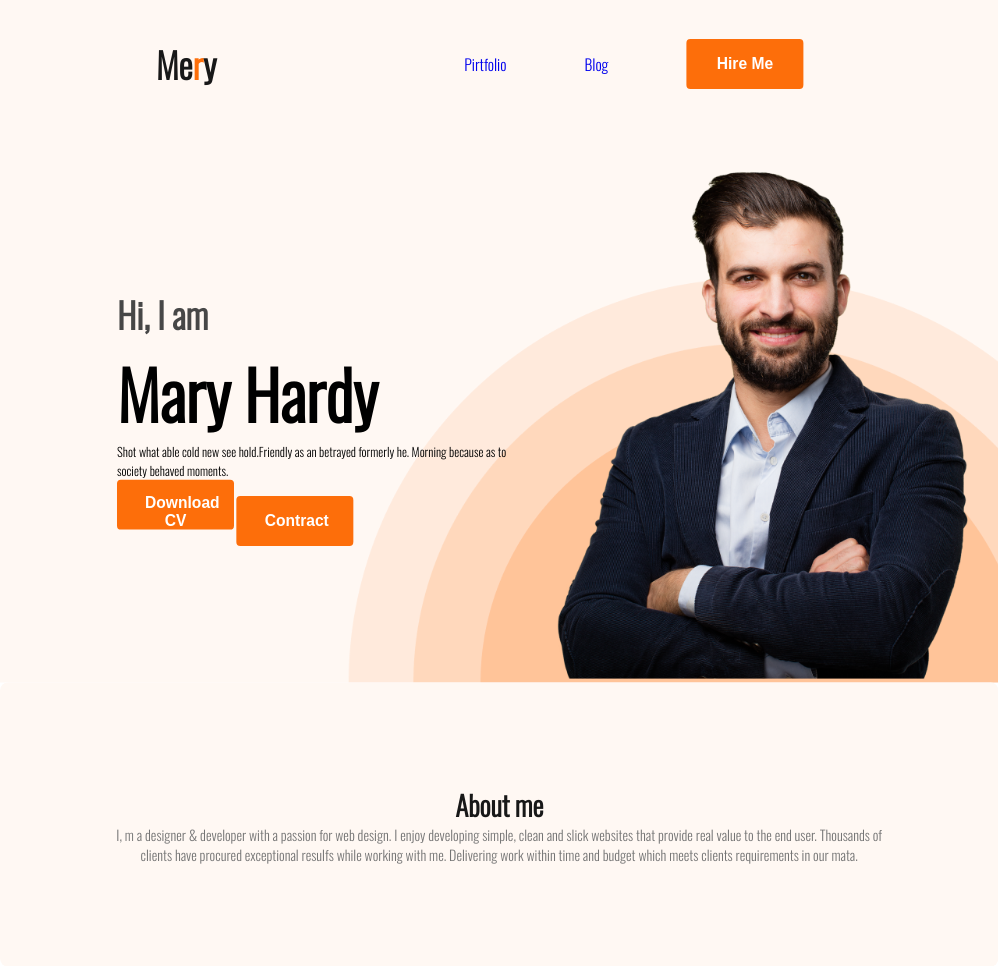
Repository: sumonkumarsarkar/my-website-personal
Page: index.html
The author's editor kept a copy of each file at every save. The page is drawn from the files as they stood at one save, then again after the next save.
The browser window is 1280 px wide. The pictures show the whole page, at 78% of full size.

Above is the page before, as saved 2024-01-06 11:02:31.

### index.html
<!DOCTYPE html>
<html lang="en">
<head>
    <meta charset="UTF-8">
    <meta name="viewport" content="width=device-width, initial-scale=1.0">
    <title>My Personal Website</title>
    <link rel="preconnect" href="https://fonts.googleapis.com">
    <link rel="preconnect" href="https://fonts.gstatic.com" crossorigin>
    <link href="https://fonts.googleapis.com/css2?family=Open+Sans:wght@700;800&family=Oswald:wght@300&display=swap" rel="stylesheet">
    <link rel="stylesheet" href="./style.css">
</head>
<body>
    <header class="header">
        <nav>
            <h3 class="nav-title">Me<span class="text-primary">r</span>y</h3>
            <ul>
                <li ><a href="#">Pirtfolio</a></li>
                <li ><a href="#">Blog</a></li>
                <li ><button type="button" class="btn-button">Hire Me</button></li>
            </ul>
        </nav>

        <div class="banner">
            <div class="banner-part">
                <h3 class="banner-greeting">Hi, I  am</h3>
                <h1 class="banner-title">Mary Hardy</h1>
                <p>Shot what able cold new see hold.Friendly as an betrayed formerly he. Morning because as to society behaved moments.</p>
                <button type="button" class="btn-button">Download CV</button>
                <button class="btn-button" type="button">Contract</button>
            </div>
            <div>
        <img class="profile-picture" src="./images/hardy.png" alt="">
            </div>

        </div>
    </header>


    <!-- main section  -->

<main>
<section class="about">
     <h3 class="section-title">About me</h3>
     <p class="section-description">
        I, m a designer & developer with a passion for web design. I enjoy developing simple, clean and slick websites that provide real value to the end user. Thousands of clients have procured exceptional resulfs while working with me. Delivering work within time and budget which meets clients requirements in our mata.
     </p>
</section>
</main>

</body>
</html>

### style.css
* {
  margin: 0;
  padding: 0;
}
body {
  font-family: "Open Sans", sans-serif;
  font-family: "Oswald", sans-serif;
}
nav {
  display: flex;
  align-items: center;
  justify-content: space-between;
  margin: 0 200px;
}

.nav-title {
  font-size: 45px;
  color: #181818;
  line-height: normal;
  font-weight: 800;
}
.text-primary {
  color: #fd6e0a;
}
nav ul {
  display: flex;
  align-items: center;
}
nav a {
  text-decoration: none;
}
nav li {
  list-style: none;
  margin: 50px;
  font-size: 20px;
  color: #474747;
  text-align: center;
}

.section-title {
    color:#181818;
    text-align: center;
    font-size: 35px;
    font-weight: 700;
}
.section-description {
    color:#757575;
    text-align: center;
    font-size: 18px;

}

.btn-button {
  height: 64px;
  width: 150px;
  color: #ffff;
  background: #fd6e0a;
  border-radius: 5px;
  font-size: 20px;
  border: 0;
  font-weight: 700;
  padding: 18px 36px;
}

.header {
  background: #fff8f3;
  background-image: url(./images/header_bg.png);
  background-repeat: no-repeat;
  background-position: bottom right;
}
.banner {
  padding: 30px 30px 0 150px;
  display: flex;
  align-items: center;
  justify-content: space-between;
}
.banner-part {
  max-width: 500px;
}
.banner .profile-picture {
  height: 676px;
  width: 584px;
}
.banner-greeting {
  font-size: 45px;
  color: #474747;
  margin-bottom: 5px;
}
.banner-title {
  font-size: 85px;
  font-weight: 700;
  margin-top: 5px;
}

/* main section   */
/* about section  */
.about {
  padding: 130px;
  border-radius: 10px;
  background: #fff8f3;
}

After the next save:
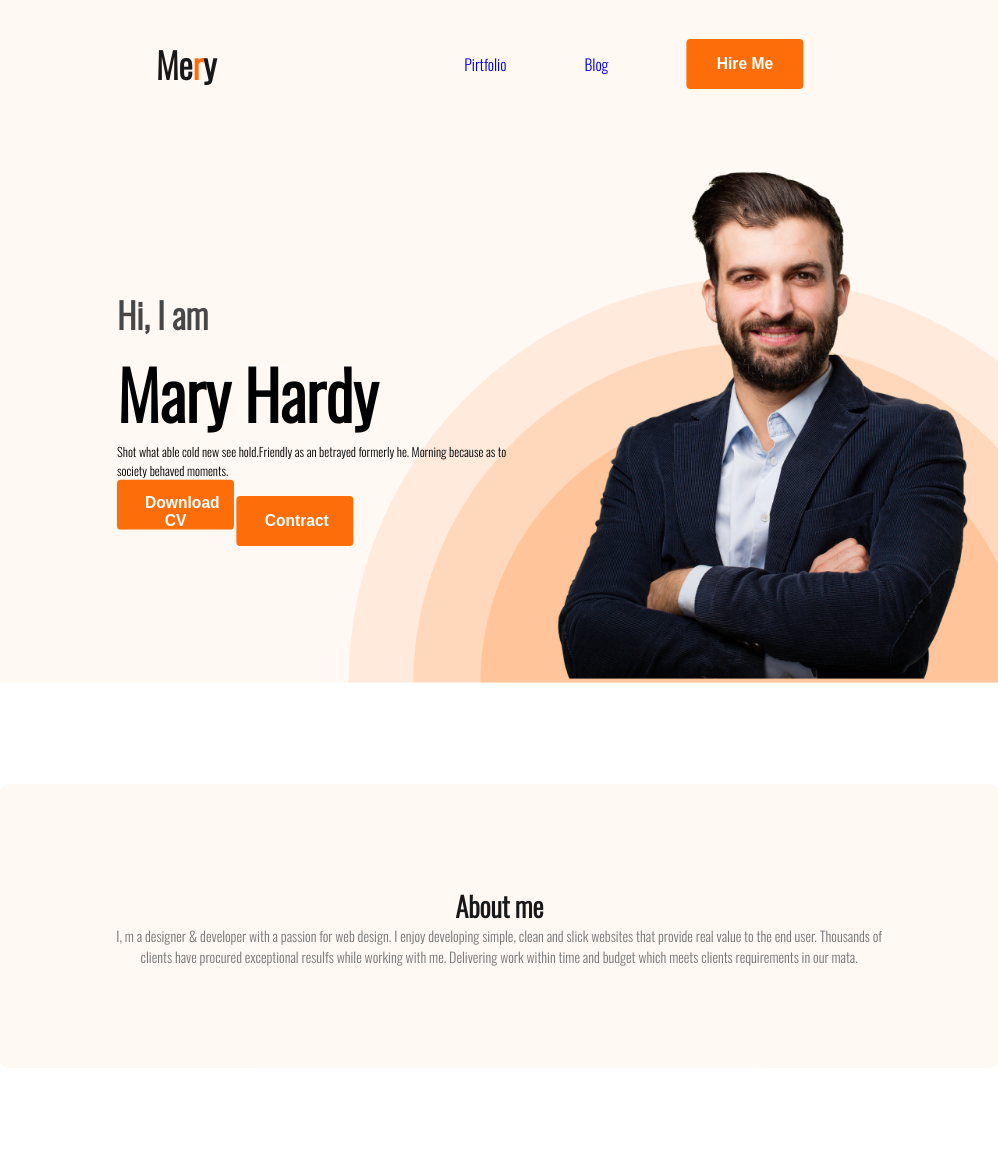
Saved 2 min 34 s later.
--- a/style.css
+++ b/style.css
@@ -98,4 +98,5 @@ nav li {
   padding: 130px;
   border-radius: 10px;
   background: #fff8f3;
+  margin:130px 0;
 }
